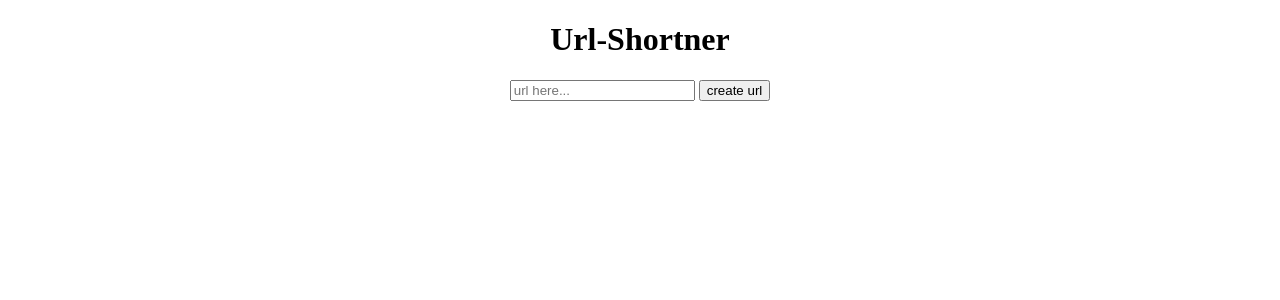
Repository: nandhuselvam/Task
Page: http://localhost/
The author's editor kept a copy of each file at every save. The page is drawn from the files as they stood at one save, then again after a run of saves.
The browser window is 1280 px wide. The pictures show the whole page.
The page is served by the project's Node server (app.js).

Above is the page before, as saved 2024-03-05 17:19:18.

After the next 3 saves:
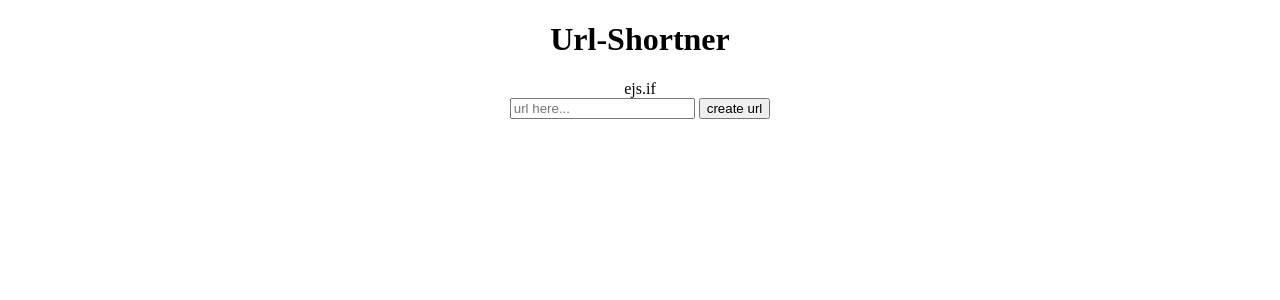
The 3 saves are shown as one change because they came seconds apart.
The last was saved 3 min 10 s later.
--- a/views/index.ejs
+++ b/views/index.ejs
@@ -8,6 +8,8 @@
 <body>
 	<center>
 		<h1>Url-Shortner</h1>
+
+		ejs.if
 		<form action="/" method="post">
 			<input type="url" name="url" id="url" placeholder="url here..."/>
 			<input type="submit" value="create url"/>
